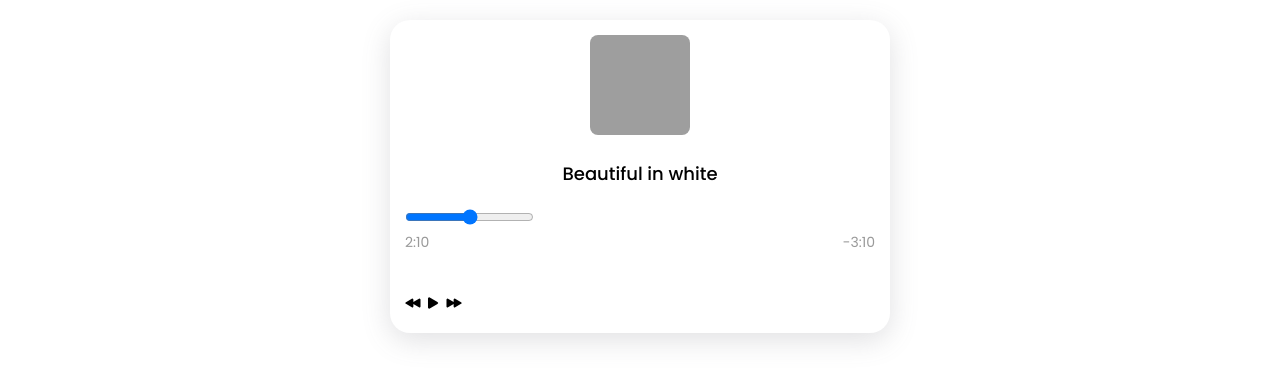
Repository: quyenpv10/mp3__music
Page: index.html
The author's editor kept a copy of each file at every save. The page is drawn from the files as they stood at one save, then again after the next save.
The browser window is 1280 px wide. The pictures show the whole page.
Pictures or frames that could not be fetched are drawn as grey boxes.

Above is the page before, as saved 2021-12-10 20:09:14.

### index.html
<!DOCTYPE html>
<html lang="en">

<head>
    <meta charset="UTF-8">
    <meta http-equiv="X-UA-Compatible" content="IE=edge">
    <meta name="viewport" content="width=device-width, initial-scale=1.0">
    <title>Mp3 Player</title>
    <link rel="preconnect" href="https://fonts.googleapis.com">
    <link rel="preconnect" href="https://fonts.gstatic.com" crossorigin>
    <link href="https://fonts.googleapis.com/css2?family=Mulish:wght@300;400;500;700&family=Poppins:wght@300;400;500;600;700&display=swap" rel="stylesheet">
    <link rel="stylesheet" href="./app.css">
    <script type="module" src="https://unpkg.com/ionicons@5.5.2/dist/ionicons/ionicons.esm.js"></script>
    <script nomodule src="https://unpkg.com/ionicons@5.5.2/dist/ionicons/ionicons.js"></script>
</head>

<body>
    <div class="music">
        <div class="music-thumb">
            <img src="./images/8L0A0168.jpg" alt="">
        </div>
        <h3 class="music-name">Beautiful in white</h3>
        <input type="range" name="song" id="song">
        <div class="timer">
            <div class="duration">2:10</div>
            <div class="remaining">-3:10</div>
        </div>
        <div class="controls">
            <ion-icon name="play-back" class="play-back"></ion-icon>
            <ion-icon name="play" class="play"></ion-icon>
            <ion-icon name="play-forward" class="play-forward"></ion-icon>

        </div>
    </div>

</body>

</html>

### app.css
html {
    box-sizing: border-box;
}

* {
    margin: 0;
    padding: 0;
}

*,
*:before,
*:after {
    box-sizing: border-box;
}

input,
textarea,
select,
button {
    outline: none;
}

input {
    line-height: normal;
}

label,
button {
    cursor: pointer;
}

a {
    text-decoration: none;
}

img {
    display: block;
    max-width: 100%;
}

body {
    font-family: 'Poppins', sans-serif;
    padding: 20px;
}

.music {
    max-width: 500px;
    margin: 0 auto;
    border-radius: 20px;
    background-color: white;
    box-shadow: rgba(100, 100, 111, 0.2) 0px 7px 29px 0px;
    padding: 15px;
}

.music-thumb {
    width: 100px;
    height: 100px;
    margin: 0 auto 25px;
}

.music-thumb img {
    width: 100%;
    height: 100%;
    object-fit: cover;
    border-radius: 8px;
}

.music-name {
    font-size: 18px;
    font-weight: 500;
    text-align: center;
    margin-bottom: 20px;
}

.timer {
    display: flex;
    justify-content: space-between;
    align-items: center;
    font-size: 14px;
    color: #999;
    margin-bottom: 40px;
}

After the next save:
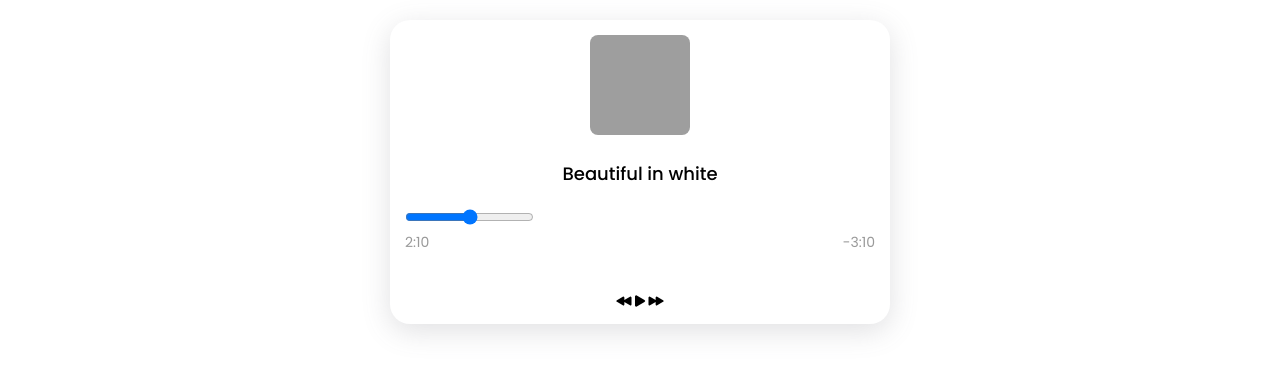
Saved 10 s later.
--- a/app.css
+++ b/app.css
@@ -80,3 +80,9 @@ body {
     color: #999;
     margin-bottom: 40px;
 }
+
+.controls {
+    display: flex;
+    justify-content: center;
+    align-items: center;
+}
